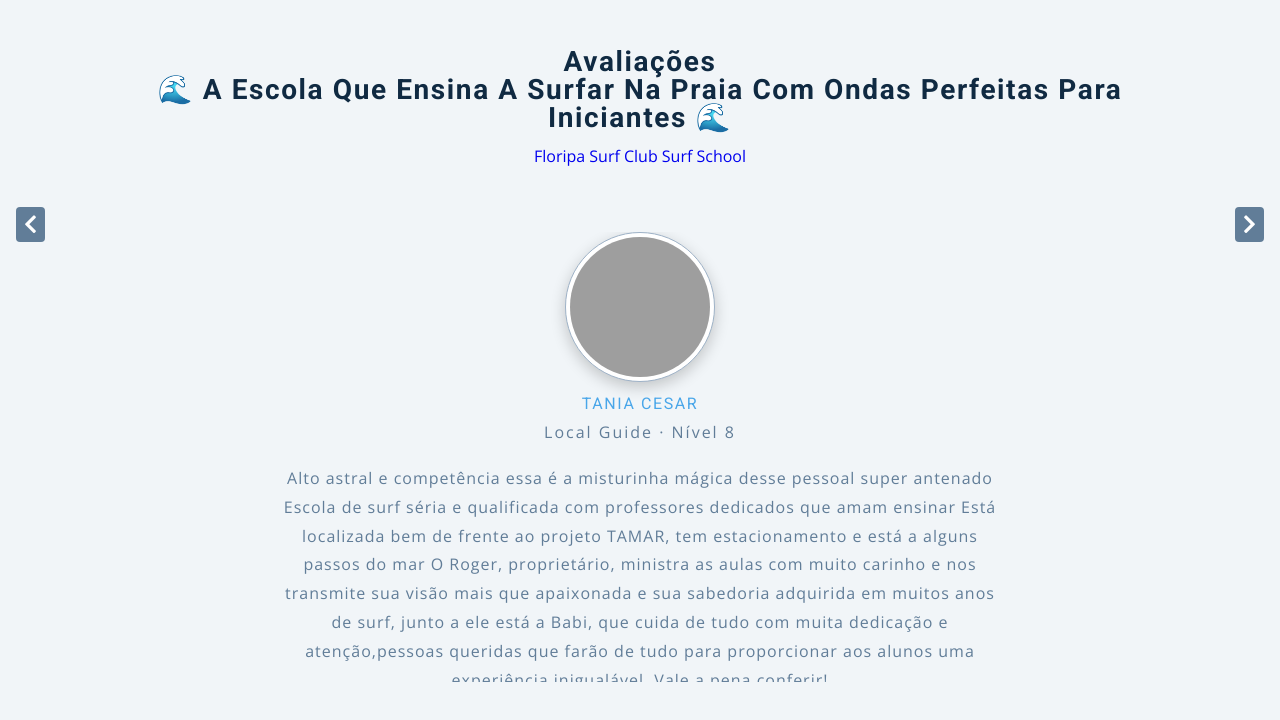
Repository: araguaci/floripasurfclub-reviews
Page: index.html
The author's editor kept a copy of each file at every save. The page is drawn from the files as they stood at one save, then again after the next save.
The browser window is 1280 px wide. The pictures show the whole page.
Pictures or frames that could not be fetched are drawn as grey boxes. Some web libraries are served in a nearby version.

Above is the page before, as saved 2021-08-23 20:47:01.

### index.html
<!DOCTYPE html>
<html lang="en">
  <head>
    <meta charset="UTF-8" />
    <meta name="viewport" content="width=device-width, initial-scale=1.0" />
    <title>Avaliações - Floripa Surf Club Surf School</title>
    <meta name="viewport"
      content="Floripa Surf Club Surf School
        🌊 a escola que ensina a surfar na praia com ondas perfeitas para iniciantes 🌊
        🌊 Surf School and Trips 🏄‍♀️🏄
        🌊 Free Surf 🌎 Barra da Lagoa 🌊
        🌊 Em frente ao Projeto Tamar 🌊
        Santa Catarina - Brasil "
    />
    <meta name="description"
      content="Floripa Surf Club Surf School
        🌊 a escola que ensina a surfar na praia com ondas perfeitas para iniciantes 🌊
        🌊 Surf School and Trips 🏄‍♀️🏄
        🌊 Free Surf 🌎 Barra da Lagoa 🌊
        🌊 Em frente ao Projeto Tamar 🌊
        Santa Catarina - Brasil "
    />
    <link rel="shortcut icon" type="image/x-icon" href="./favicon.ico" />
    <!-- font-awesome -->
    <link
      rel="stylesheet"
      href="https://cdnjs.cloudflare.com/ajax/libs/font-awesome/5.14.0/css/all.min.css"
    />

    <!-- stylesheet -->
    <link rel="stylesheet" href="styles.css" />
  </head>
  <body>
    <section class="slider">
      <div class="reviews">
        <h3>Avaliações<br/>🌊 A escola que ensina a surfar na praia com ondas perfeitas para iniciantes 🌊</h3>
        <p><a href="http://www.floripasurfclub.com.br/">Floripa Surf Club Surf School</p>
      </div>
      <div class="slide-container">
        <!-- <article class="slide">
          <img
            src="https://res.cloudinary.com/diqqf3eq2/image/upload/c_scale,w_200/v1595959121/person-1_aufeoq.jpg"
            class="img"
            alt="peter doe"
          />
          <h4>peter doe</h4>
          <p class="title">product designer</p>
          <p class="text">
            Lorem ipsum dolor sit amet consectetur adipisicing elit. Quidem quo
            eius recusandae officia voluptas sint deserunt dicta nihil nam
            omnis?
          </p>
          <div class="quote-icon">
            <i class="fas fa-quote-right"></i>
          </div>
        </article> -->
      </div>
      <!-- buttons -->
      <!-- prev btn -->
      <button class="btn prev-btn">
        <i class="fas fa-chevron-left"></i>
      </button>
      <!-- next button -->
      <button class="btn next-btn">
        <i class="fas fa-chevron-right"></i>
      </button>
    </section>
    <script type="module" src="app.js"></script>
  </body>
</html>

### styles.css
/*
===============
Fonts
===============
*/
@import url("https://fonts.googleapis.com/css?family=Open+Sans|Roboto:400,700&display=swap");

/*
===============
Variables
===============
*/

:root {
  /* dark shades of primary color*/
  --clr-primary-1: hsl(205, 86%, 17%);
  --clr-primary-2: hsl(205, 77%, 27%);
  --clr-primary-3: hsl(205, 72%, 37%);
  --clr-primary-4: hsl(205, 63%, 48%);
  /* primary/main color */
  --clr-primary-5: hsl(205, 78%, 60%);
  /* lighter shades of primary color */
  --clr-primary-6: hsl(205, 89%, 70%);
  --clr-primary-7: hsl(205, 90%, 76%);
  --clr-primary-8: hsl(205, 86%, 81%);
  --clr-primary-9: hsl(205, 90%, 88%);
  --clr-primary-10: hsl(205, 100%, 96%);
  /* darkest grey - used for headings */
  --clr-grey-1: hsl(209, 61%, 16%);
  --clr-grey-2: hsl(211, 39%, 23%);
  --clr-grey-3: hsl(209, 34%, 30%);
  --clr-grey-4: hsl(209, 28%, 39%);
  /* grey used for paragraphs */
  --clr-grey-5: hsl(210, 22%, 49%);
  --clr-grey-6: hsl(209, 23%, 60%);
  --clr-grey-7: hsl(211, 27%, 70%);
  --clr-grey-8: hsl(210, 31%, 80%);
  --clr-grey-9: hsl(212, 33%, 89%);
  --clr-grey-10: hsl(210, 36%, 96%);
  --clr-white: #fff;
  --clr-red-dark: hsl(360, 67%, 44%);
  --clr-red-light: hsl(360, 71%, 66%);
  --clr-green-dark: hsl(125, 67%, 44%);
  --clr-green-light: hsl(125, 71%, 66%);
  --clr-black: #222;
  --ff-primary: "Roboto", sans-serif;
  --ff-secondary: "Open Sans", sans-serif;
  --transition: all 0.3s linear;
  --spacing: 0.1rem;
  --radius: 0.25rem;
  --light-shadow: 0 5px 15px rgba(0, 0, 0, 0.1);
  --dark-shadow: 0 5px 15px rgba(0, 0, 0, 0.2);
  --max-width: 1170px;
  --fixed-width: 620px;
}
/*
===============
Global Styles
===============
*/

*,
::after,
::before {
  margin: 0;
  padding: 0;
  box-sizing: border-box;
}
body {
  font-family: var(--ff-secondary);
  background: var(--clr-grey-10);
  color: var(--clr-grey-1);
  line-height: 1.5;
  font-size: 0.875rem;
}
ul {
  list-style-type: none;
}
a {
  text-decoration: none;
}
h1,
h2,
h3,
h4 {
  letter-spacing: var(--spacing);
  text-transform: capitalize;
  line-height: 1.25;
  margin-bottom: 0.75rem;
  font-family: var(--ff-primary);
}
h1 {
  font-size: 3rem;
}
h2 {
  font-size: 2rem;
}
h3 {
  font-size: 1.25rem;
}
h4 {
  font-size: 0.875rem;
}
p {
  margin-bottom: 1.25rem;
  color: var(--clr-grey-5);
}
@media screen and (min-width: 800px) {
  h1 {
    font-size: 4rem;
  }
  h2 {
    font-size: 2.5rem;
  }
  h3 {
    font-size: 1.75rem;
  }
  h4 {
    font-size: 1rem;
  }
  body {
    font-size: 1rem;
  }
  h1,
  h2,
  h3,
  h4 {
    line-height: 1;
  }
}

.section-center {
  width: 90vw;
  margin: 0 auto;
  max-width: 1170px;
}
@media screen and (min-width: 992px) {
  .section-center {
    width: 95vw;
  }
}
main {
  min-height: 100vh;
  display: grid;
  place-items: center;
}

/*
===============
Slider Styles
===============
*/
section {
  width: 85vw;
  margin: 0 auto;
  margin-top: 2rem;
  text-align: center;
  padding: 1rem 0;
  /* set relative for buttons */
  position: relative;
}
.reviews {
  margin-bottom: 4rem;
}
.reviews h2 {
  display: flex;
  align-items: center;
  justify-content: center;
}
.reviews span {
  font-size: 0.85em;
  color: var(--clr-primary-5);
  margin-right: 1rem;
}
.img {
  width: 150px;
  height: 150px;
  object-fit: cover;
  border: 1px solid var(--clr-grey-7);
  background: var(--clr-white);
  padding: 0.25rem;
  border-radius: 50%;
  box-shadow: var(--dark-shadow);
}
h4 {
  text-transform: uppercase;
  font-weight: 500;
  color: var(--clr-primary-5);
  letter-spacing: var(--spacing);
  margin: 0.5rem 0;
}
.title {
  margin-bottom: 1.25rem;
  letter-spacing: 2px;
  text-transform: capitalize;
}
.text {
  color: var(--clr-grey-5);
  line-height: 1.8;
  max-width: 45em;
  margin: 0 auto;
  letter-spacing: 1px;
}

.icon:hover {
  transform: scale(1.1);
  opacity: 0.8;
}
.quote-icon {
  font-size: 3rem;
  margin-top: 2rem;
  color: var(--clr-primary-5);
}
/* set buttons */
.btn {
  position: absolute;
  top: 175px;
  background: var(--clr-grey-5);
  color: var(--clr-white);
  padding: 0.25rem 0.35rem;
  border-radius: 0.25rem;
  border: transparent;
  cursor: pointer;
}
.next-btn {
  right: -0.5rem;
}
.prev-btn {
  left: -0.5rem;
}
@media screen and (min-width: 768px) {
  .next-btn {
    right: -5rem;
  }
  .prev-btn {
    left: -5rem;
  }
  .btn {
    font-size: 1.3rem;
    padding: 0.35rem 0.5rem;
  }
  .quote-icon {
    font-size: 4rem;
  }
}

/* MORE CSS FOR JS */

.slide-container {
  display: flex;
  position: relative;
  height: 450px;
  overflow: hidden;
}

.slide {
  position: absolute;
  top: 0;
  left: 0;
  width: 100%;
  height: 100%;
  transition: all 0.3s ease-in-out;
  opacity: 0;
}
.slide.active {
  opacity: 1;
  transform: translateX(0);
}
.slide.next {
  transform: translateX(100%);
}
.slide.last {
  transform: translateX(-100%);
}

### app.js
import data from "./data.js";
const container = document.querySelector(".slide-container");
const nextBtn = document.querySelector(".next-btn");
const prevBtn = document.querySelector(".prev-btn");
// if length is 1 hide buttons
if (data.length === 1) {
  nextBtn.style.display = "none";
  prevBtn.style.display = "none";
}
// if length is 2, add copies of slides
let people = [...data];
if (data.length === 2) {
  people = [...data, ...data];
}
container.innerHTML = people
  .map((person, slideIndex) => {
    const { img, name, job, text } = person;
    let position = "next";
    if (slideIndex === 0) {
      position = "active";
    }
    if (slideIndex === people.length - 1) {
      position = "last";
    }
    if (data.length <= 1) {
      position = "active";
    }
    return `<article class="slide ${position}">
  <img src=${img} class="img" alt="${name}"/>
  <h4>${name}</h4>
  <p class="title">${job}</p>
  <p class="text">
   ${text}
  </p>
<div class="quote-icon">
<i class="fas fa-quote-right"></i>
</div>
 </article>`;
  })
  .join("");

const startSlider = (type) => {
  // get all three slides active,last next
  const active = document.querySelector(".active");
  const last = document.querySelector(".last");
  let next = active.nextElementSibling;
  if (!next) {
    next = container.firstElementChild;
  }
  active.classList.remove(["active"]);
  last.classList.remove(["last"]);
  next.classList.remove(["next"]);

  if (type === "prev") {
    active.classList.add("next");
    last.classList.add("active");
    next = last.previousElementSibling;
    if (!next) {
      next = container.lastElementChild;
    }
    next.classList.remove(["next"]);
    next.classList.add("last");
    return;
  }
  active.classList.add("last");
  last.classList.add("next");
  next.classList.add("active");
};
nextBtn.addEventListener("click", () => {
  startSlider();
});
prevBtn.addEventListener("click", () => {
  startSlider("prev");
});

### data.js
const people = [
  {
    img:
      "https://lh3.googleusercontent.com/a-/AOh14Giu0kiWyS2TqMwVEJ1al1_fpSVvwjTqir82_8H4-A=w60-h60-p-rp-mo-ba6-br100",
    name: "Tania Cesar",
    job: "Local Guide · Nível 8",
    text: `Alto astral e competência essa é a misturinha mágica desse pessoal super antenado
    Escola de surf séria e qualificada com professores dedicados que amam ensinar
    Está localizada bem de frente ao projeto TAMAR, tem estacionamento e está a alguns passos do mar
    O Roger, proprietário, ministra as aulas com muito carinho e nos transmite sua visão mais que apaixonada e sua sabedoria adquirida em muitos anos de surf, junto a ele está a Babi, que cuida de tudo com muita dedicação e atenção,pessoas queridas que farão de tudo para proporcionar aos alunos uma experiência inigualável.
    Vale a pena conferir!`,
  },
  {
    img:
      "https://lh3.googleusercontent.com/a-/AOh14GiYjYRznwekXx5B-5pkouNsyKt9njs5WctHDGFmWQI=w60-h60-p-rp-mo-br100",
    name: "Cesar Lopes",
    job: "Local Guide · Nível 2",
    text: `A aula é excelente, tudo em volta favorece, local, professor e material. Recomendo bastante`,
  },
  {
    img:
      "https://lh3.googleusercontent.com/a-/AOh14GgDzGFLzrlMZXo79mGsCE17A-hisYfwxj4CTLlsgg=w60-h60-p-rp-mo-ba4-br100",
    name: "Jaqueline Muniz",
    job: "Local Guide · Nível 6",
    text: `Manhã sensacional de surf graças ao Roger e a equipe do Floripa Surf Club! Fomos super bem acolhidos e instruídos. Os equipamentos são novíssimos e de ótima qualidade! Valeu demais!!`,
  },
  {
    img:
      "https://lh3.googleusercontent.com/a-/AOh14Gh6XkPmODM_cSEtolbGRLu3ikdT2PHd3dcjLbnArw=w60-h60-p-rp-mo-ba5-br100",
    name: "M. M. Leal",
    job: "Local Guide · Nível 7",
    text: `Essa escola é simplesmente incrível!!  A cada aula me sinto mais segura e mais confortável mas ondas, logo no primeiro dia já consegui ficar em pé na prancha! Eles tem vários tamanhos de prancha disponíveis e todo o material necessário. As aulas são profissionais e tudo com muito respeito, paciência e didática você se diverte, aprende e se conecta com a natureza e as ondas. Altamente recomendado!!`,
  },
  {
    img:
      "https://lh3.googleusercontent.com/a-/AOh14Gh8OcfW8UpBhIn2HgTVwjr2IgwT1A-fHR8t4rLNXQ=w60-h60-p-rp-mo-ba5-br100",
    name: "Natan Morette",
    job: "Local Guide · Nível 7",
    text: `Roger foi um excelente professor. Aulas muito boas, auto astral de mais. Aprendi a verdadeira essência do surf e me diverti muito. Além de ter evoluído de mais o meu nível de surf`,
  },
  {
    img:
      "https://lh3.googleusercontent.com/a-/AOh14GjHWM6SS1DVT6zLS50jgyPwNiRUPS9-ZbThNKiV5wY=w60-h60-p-rp-mo-br100",
    name: "ISABEL FAGUNDES",
    job: "",
    text: `Simplesmente Maravilhoso! Profs atenciosos e de ótima comunicação! Realmente amam o surf!  Minha filha fez a aula e super amou! Realização! Obrigada e parabéns!`,
  },
  {
    img:
      "https://lh3.googleusercontent.com/a/AATXAJxMuxno1G7MPdT0GL03WJO0U0C4l-refb-5gti_=w60-h60-p-rp-mo-br100",
    name: "Vinícius Pavan",
    job: "",
    text: `Entrei para uma escola de surf e ganhei uma família para a prática do esporte. Tudo impecável em cada detalhe e em poucas aulas a evolução foi muito grande.
    A equipe é incrível, especialmente o Roger que nos pegou pela mão e ensinou cada detalhe não apenas técnico como comportamental, ético moral do surf. Só tenho a agradecer!!`,
  },
  {
    img:
      "https://lh3.googleusercontent.com/a-/AOh14Gjdgf3fnxikdAAKotnWX4N-AfRUTeGsV2paQeAbHg=w60-h60-p-rp-mo-br100",
    name: "Leonardo",
    job: "",
    text: `Aulas muito boas e excelentes profissionais. Todos estão de parabéns pelo trabalho e pela energia dentro e fora da água. Valeu, galera!`,
  },
  {
    img:
      "https://lh3.googleusercontent.com/a-/AOh14GgYC2TEO3bykkbIRnAGhidciWzA_bbK2IwqC7jv-Q=w60-h60-p-rp-mo-br100",
    name: "Vinicius Paulino",
    job: "",
    text: `Além dos equipamentos de qualidade os ensinamentos praticos, teoricos e a vibe dos professores garetem o surf na sua essência com seguranca evolucao e diversão garantida...`,
  },
  {
    img:
      "https://lh3.googleusercontent.com/a-/AOh14GgBeeZeJouQSUSck3TaOql5MmivzKjsEiM6b6gBKw=w60-h60-p-rp-mo-br100",
    name: "Lafayette Baesso",
    job: "",
    text: `Sem palavras. Tive aula com o Roger e ele é um professor excepcional. Se você está em dúvida, confia. Eu recomendaria até para a minha vó hahaha`,
  },
  {
    img:
      "https://lh3.googleusercontent.com/a-/AOh14GgIEiEbekl7n1jcIFaYW8tIN4aDMkPyKZjRgtdEeA=w60-h60-p-rp-mo-br100",
    name: "Céu do Momento - Astrologia no seu dia a dia",
    job: "",
    text: `É o Guilherme aqui! Nossa senhora as aulas do Floripa Surf Club são SENSACIONAIS! Cheguei a pouco tempo em Floripa e fui super bem recibido pelos professores... Roger e Leo obrigado pelo alto astral e por cada aula incrível... Surf está se tornando minha paixão!! Gratidão imensa!!`,
  },
  {
    img:
      "https://lh3.googleusercontent.com/a-/AOh14GjyLIO18HSIUwV_6_YzdPu2li3c8bXKtV5DYDLQWA=w60-h60-p-rp-mo-br100",
    name: "Guilherme Sperandio",
    job: "",
    text: `Super recomendo as aulas do Roger e do Léo. Eles focam nos detalhes que cada iniciante precisa e a energia da aula é fantástica. Podem confiar que vale muito a pena. Gratidão, Roger e turma.`,
  },
  {
    img:
      "https://lh3.googleusercontent.com/a-/AOh14GgIvz6sGDumpCZobrTJK8TXte5bTZ2y8ftCMyXzxA=w60-h60-p-rp-mo-br100",
    name: "Ligia Salermo",
    job: "",
    text: `Professor ótimo, pessoal super gentil e simpático, fui bem atendida, lugar para trocar para mulheres bem reservado, me emprestaram cadeira de praia, tudo isso extra à aula de surf que foi excelente! Indico com certeza`,
  }
];

export default people;

After the next save:
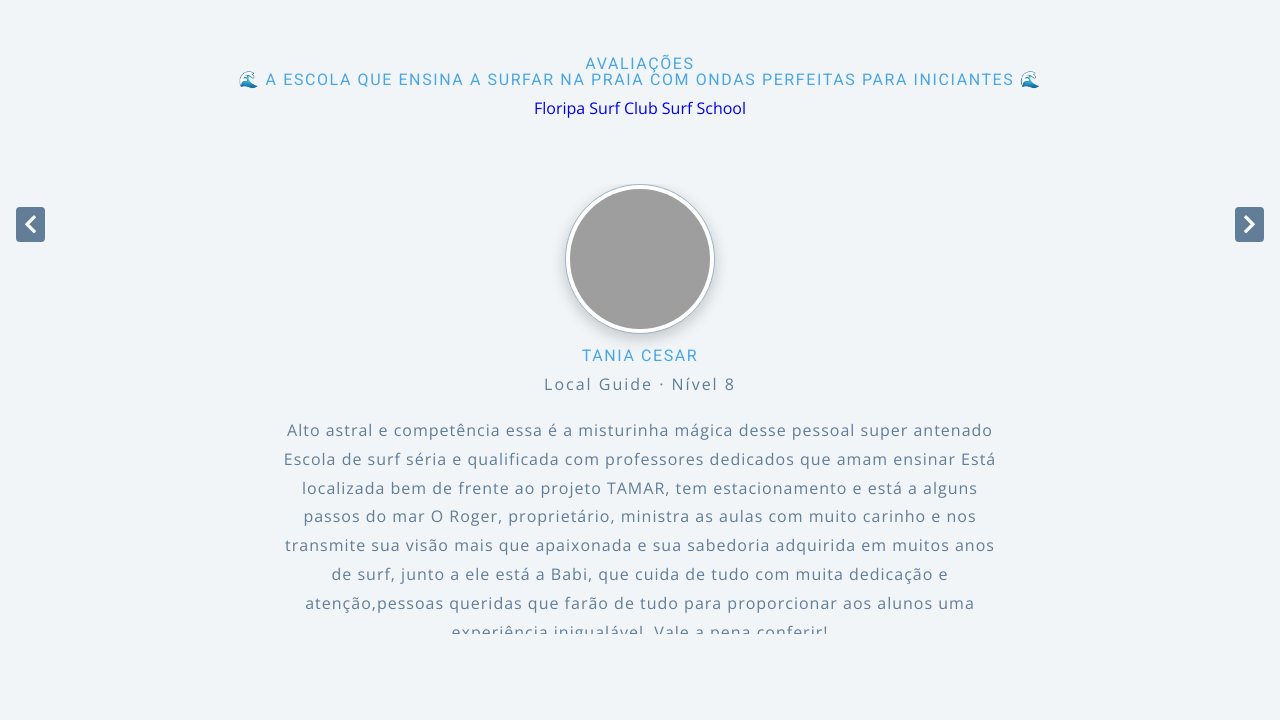
Saved 14 s later.
--- a/index.html
+++ b/index.html
@@ -33,7 +33,7 @@
   <body>
     <section class="slider">
       <div class="reviews">
-        <h3>Avaliações<br/>🌊 A escola que ensina a surfar na praia com ondas perfeitas para iniciantes 🌊</h3>
+        <h4>Avaliações<br/>🌊 A escola que ensina a surfar na praia com ondas perfeitas para iniciantes 🌊</h4>
         <p><a href="http://www.floripasurfclub.com.br/">Floripa Surf Club Surf School</p>
       </div>
       <div class="slide-container">
